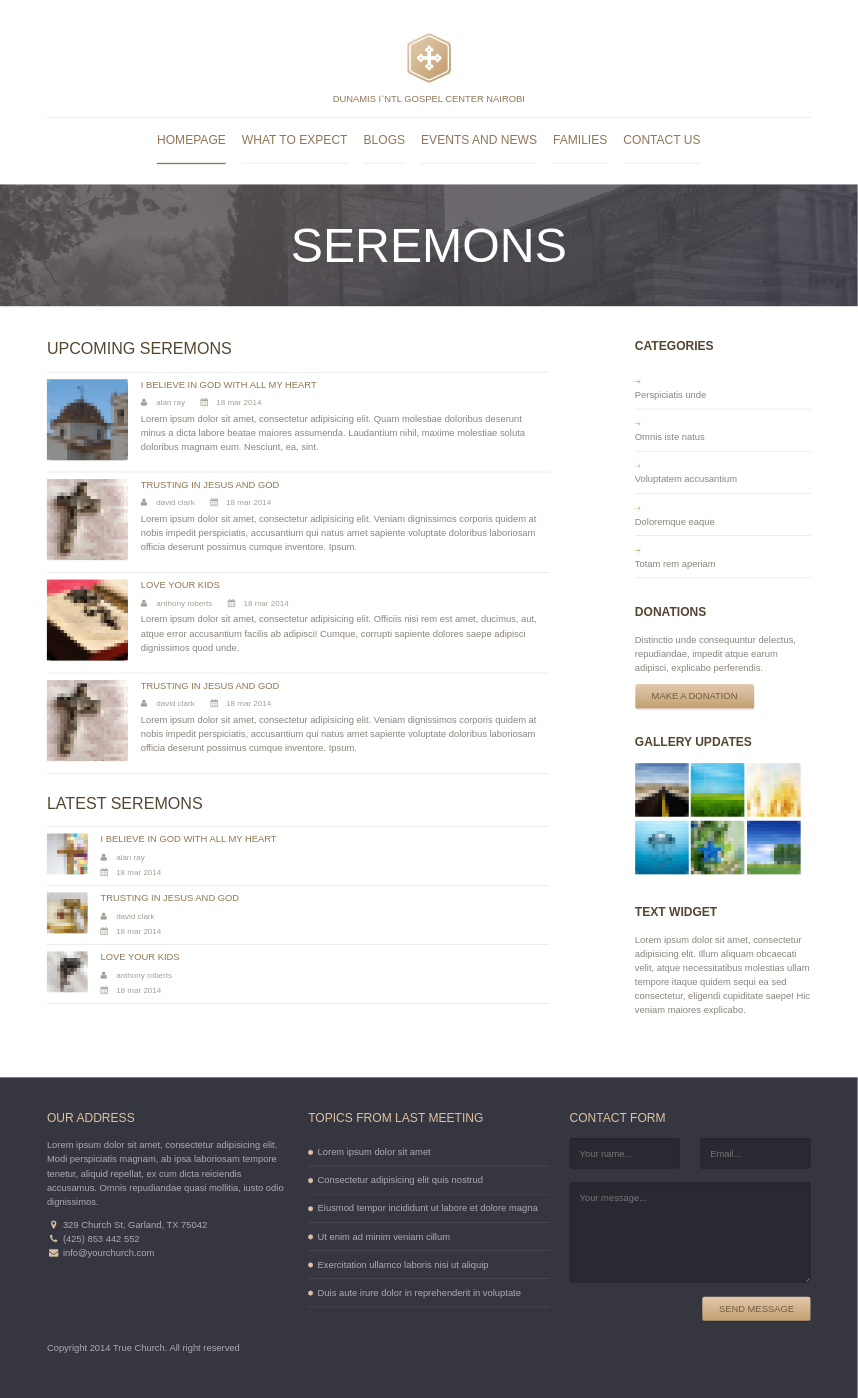
Repository: profbkmurage/churchWebsite
Page: blogs.html
The author's editor kept a copy of each file at every save. The page is drawn from the files as they stood at one save, then again after the next save.
The browser window is 1280 px wide. The pictures show the whole page, at 67% of full size.

Above is the page before, as saved 2024-07-10 18:18:37.

After the next save:
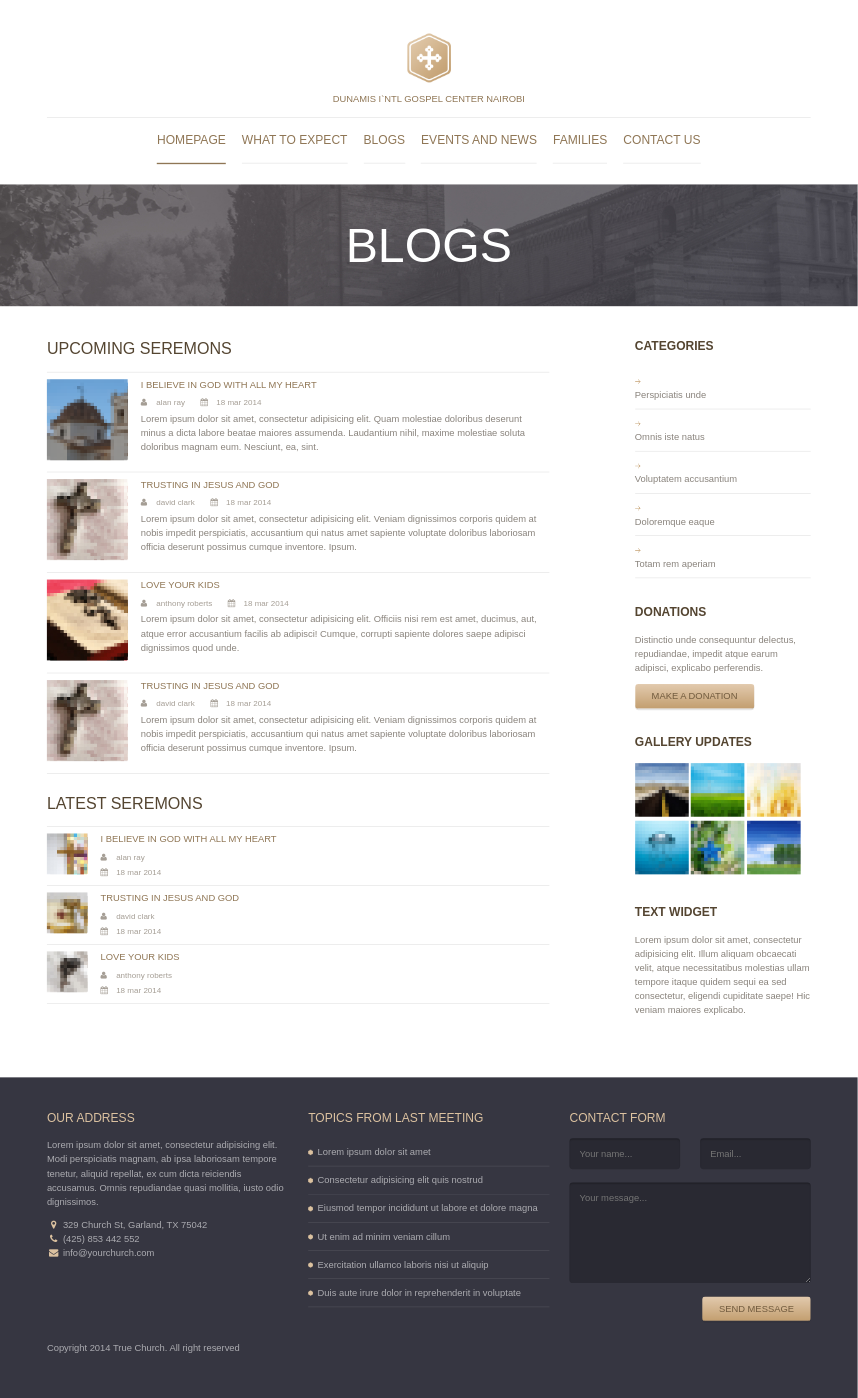
Saved 86 s later.
--- a/blogs.html
+++ b/blogs.html
@@ -48,7 +48,7 @@
 
 			<div class="page-head" data-bg-image="images/page-head-1.jpg">
 				<div class="container">
-					<h2 class="page-title">Seremons</h2>
+					<h2 class="page-title">Blogs</h2>
 				</div>
 			</div>
 
